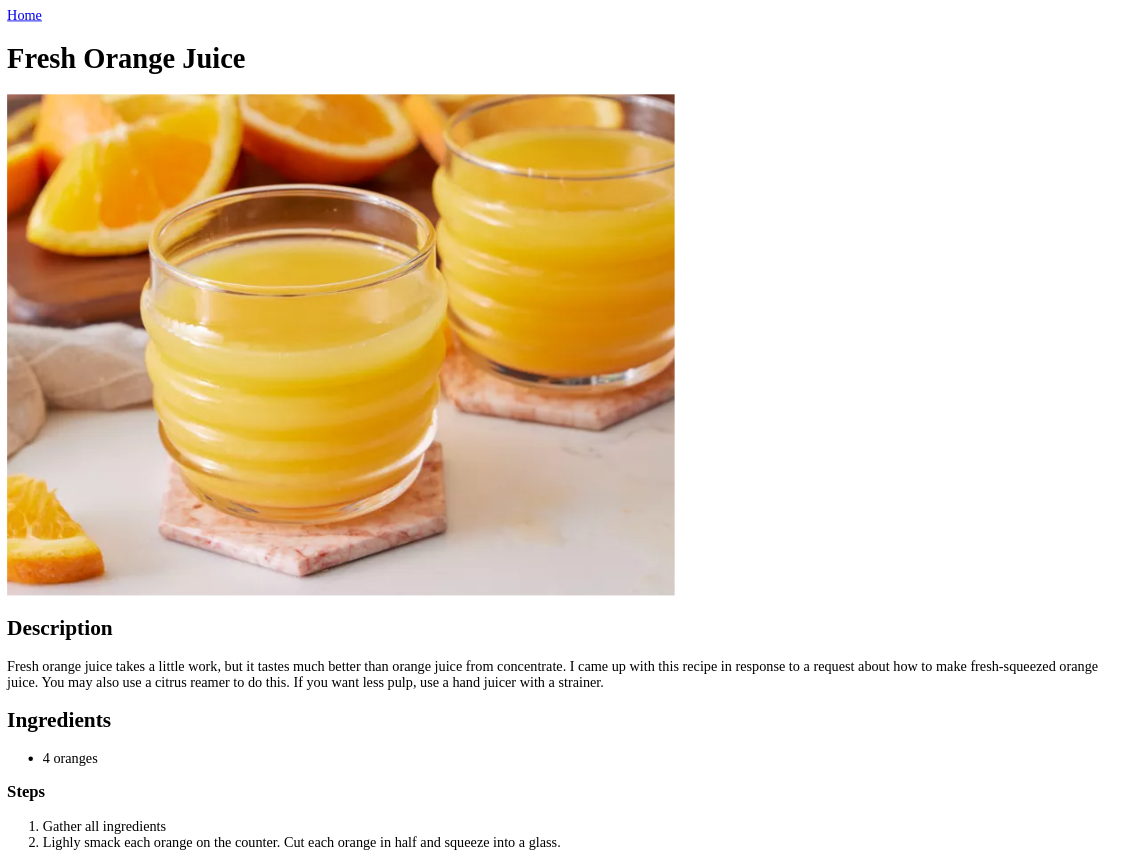
Repository: itsDevAK/odin-recipes
Page: recipes/fermented-beets.html
These files come from the project's save history. The page is drawn as it stood at one moment and after the next save; the edit follows.
The browser window is 1280 px wide. The pictures show the whole page, at 89% of full size.

Above is the page before, as saved 2026-09-17 13:23:05.

### recipes/fermented-beets.html
<!DOCTYPE html>
<htmlm lang="en">
<head>
    <meta charset="UTF-8">
    <meta name="viewport" content="width=device-width, initial-scale=1.0">
    <title>Raw Fermented Beets</title>
</head>
<body>
    <a href="../index.html">Home</a>
    <h1>Fresh Orange Juice</h1>
    <img src="../images/orange-juice.webp" alt="">
    <h2>Description</h2>
    <p>Fresh orange juice takes a little work, but it tastes much better than orange juice from concentrate. I came up with this recipe in response to a request about how to make fresh-squeezed orange juice. You may also use a citrus reamer to do this. If you want less pulp, use a hand juicer with a strainer.</p>
    <h2>Ingredients</h2>
    <ul>
        <li>4 oranges</li>
    </ul>
    <h3>Steps</h3>
    <ol>
        <li>Gather all ingredients</li>
        <li>Lighly smack each orange on the counter. Cut each orange in half and squeeze into a glass.</li>
    </ol>
</body>
</htmlm

After the next save:
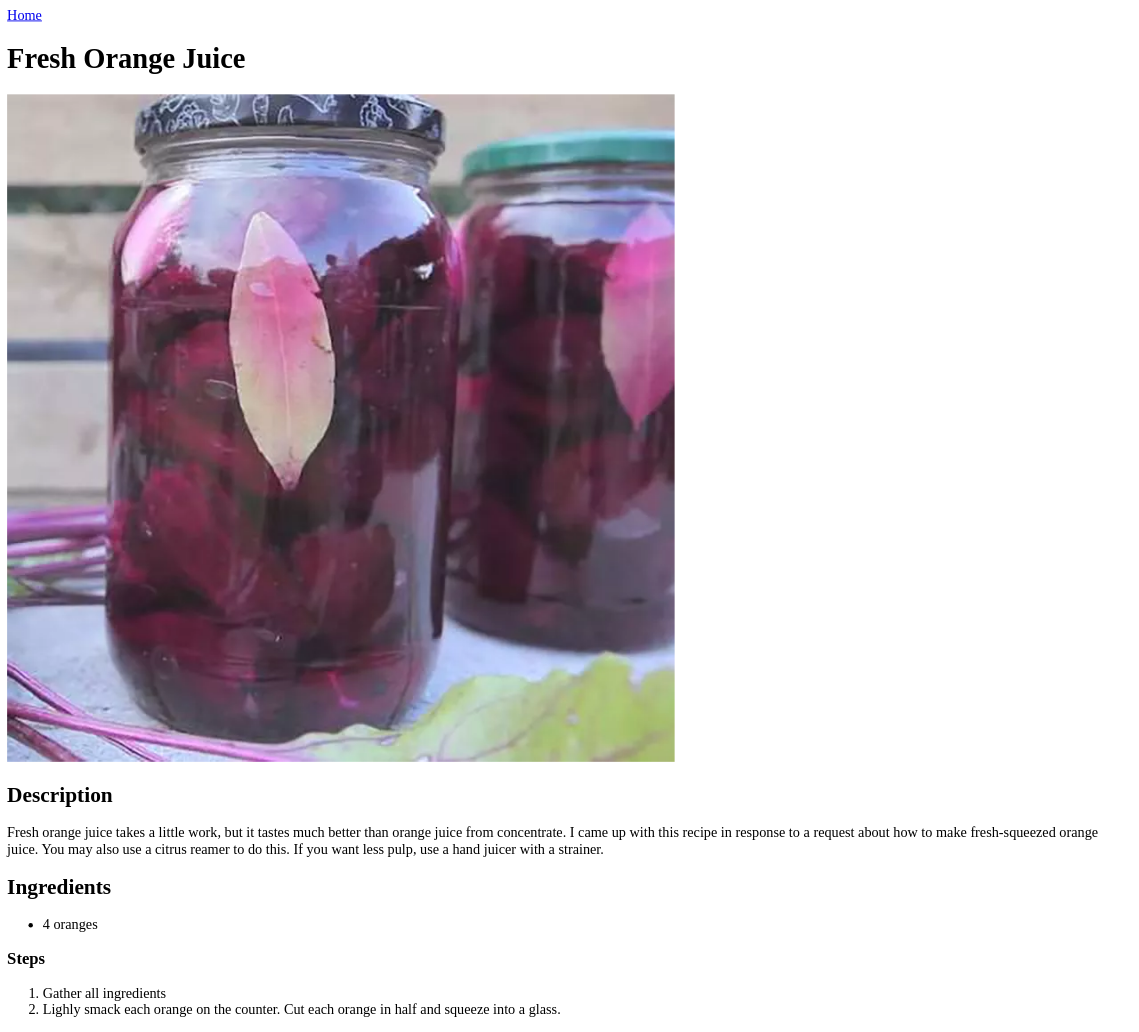
Saved 7 s later.
--- a/recipes/fermented-beets.html
+++ b/recipes/fermented-beets.html
@@ -8,7 +8,7 @@
 <body>
     <a href="../index.html">Home</a>
     <h1>Fresh Orange Juice</h1>
-    <img src="../images/orange-juice.webp" alt="">
+    <img src="../images/fermented-beets.webp" alt="">
     <h2>Description</h2>
     <p>Fresh orange juice takes a little work, but it tastes much better than orange juice from concentrate. I came up with this recipe in response to a request about how to make fresh-squeezed orange juice. You may also use a citrus reamer to do this. If you want less pulp, use a hand juicer with a strainer.</p>
     <h2>Ingredients</h2>
